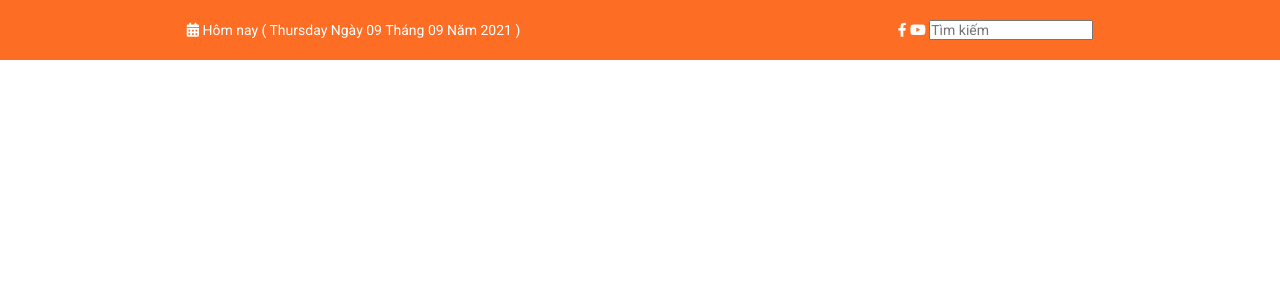
Repository: longtn213/Frond_end_HTML-CSS
Page: Front-End/LongDemo/index.html
An editor plug-in stored every save of this project. The page is shown before and after the next save, followed by the edit.
The browser window is 1280 px wide. The pictures show the whole page.

Above is the page before, as saved 2021-09-09 16:10:52.

### Front-End/LongDemo/index.html
<!DOCTYPE html>
<html lang="en">

<head>
    <meta charset="UTF-8">
    <meta http-equiv="X-UA-Compatible" content="IE=edge">
    <meta name="viewport" content="width=device-width, initial-scale=1.0">
    <title>Công nghệ thông tin</title>
    <link rel="stylesheet" href="https://cdnjs.cloudflare.com/ajax/libs/normalize/8.0.1/normalize.min.css"
        integrity="sha512-NhSC1YmyruXifcj/KFRWoC561YpHpc5Jtzgvbuzx5VozKpWvQ+4nXhPdFgmx8xqexRcpAglTj9sIBWINXa8x5w=="
        crossorigin="anonymous" referrerpolicy="no-referrer" />
    <link rel="stylesheet" href="./assets/css/main.css">
    <link href="https://fonts.googleapis.com/css2?family=Roboto:wght@300;400;500;700&display=swap" rel="stylesheet">
    <link href="./assets/fonts/fontawesome-free-5.15.4-web/css/all.css" rel="stylesheet">
</head>

<body>
    <header class="header">
        <div class="header1">
            <div class="calendar">
                <i class="fas fa-calendar-alt"></i>
                Hôm nay ( Thursday Ngày 09 Tháng 09 Năm 2021 )
            </div>
            <div class="header__icon">
                <i class="fab fa-facebook-f ml-4px"></i>
                <i class="fab fa-youtube ml-4px"></i>
                <input type="text" placeholder="Tìm kiếm" class="search-button">
            </div>
        </div>
    </header>
</body>

</html>

### Front-End/LongDemo/assets/css/main.css
:root{
    --white-color:#fff;
    --black-color:#000;
    --text-color:#333;
}
* {
    padding: 0;
    margin: 0;
    box-sizing: border-box;
}
.ml-16{
    margin-left: 16px !important;
}
html{
    scroll-behavior: smooth;
    font-family: 'Roboto', sans-serif;
}
/* Header */
.header1{
    height: 60px;
    background-color: #fd6e24;
    display: flex;
    justify-content: space-around;
    color: var(--white-color);
    line-height: 60px;
    font-size: 14px;
}
.header1 .header__icon{
    margin-left: 4px;
}

Loaded but not shown: Front-End/LongDemo/assets/fonts/fontawesome-free-5.15.4-web/css/all.css (library)

After the next save:
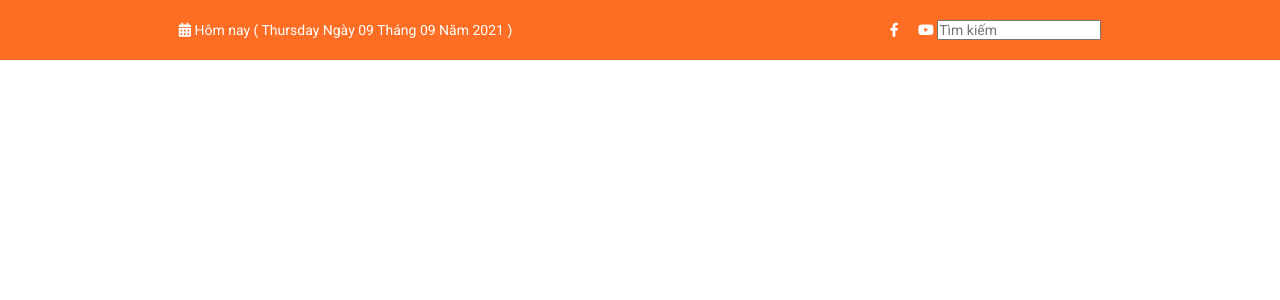
Saved 12 s later.
--- a/Front-End/LongDemo/index.html
+++ b/Front-End/LongDemo/index.html
@@ -22,8 +22,8 @@
                 Hôm nay ( Thursday Ngày 09 Tháng 09 Năm 2021 )
             </div>
             <div class="header__icon">
-                <i class="fab fa-facebook-f ml-4px"></i>
-                <i class="fab fa-youtube ml-4px"></i>
+                <i class="fab fa-facebook-f ml-16"></i>
+                <i class="fab fa-youtube ml-16"></i>
                 <input type="text" placeholder="Tìm kiếm" class="search-button">
             </div>
         </div>

After the save that followed:
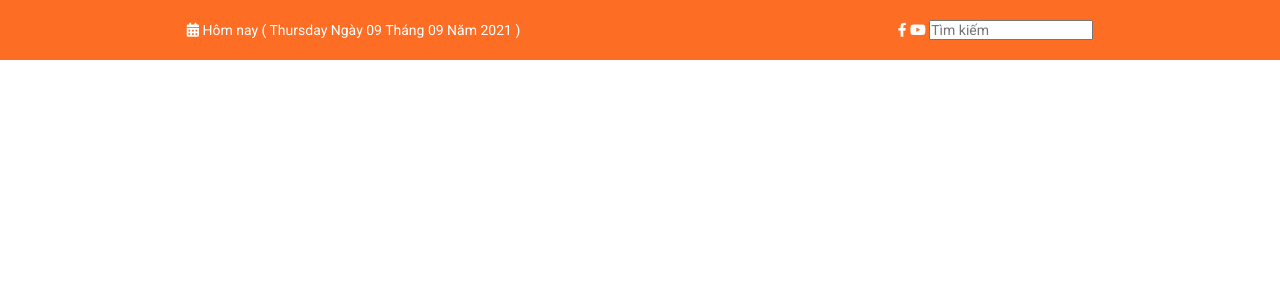
Saved 13 s later.
--- a/Front-End/LongDemo/assets/css/main.css
+++ b/Front-End/LongDemo/assets/css/main.css
@@ -8,8 +8,8 @@
     margin: 0;
     box-sizing: border-box;
 }
-.ml-16{
-    margin-left: 16px !important;
+.mr-16{
+    margin-right: 16px !important;
 }
 html{
     scroll-behavior: smooth;
